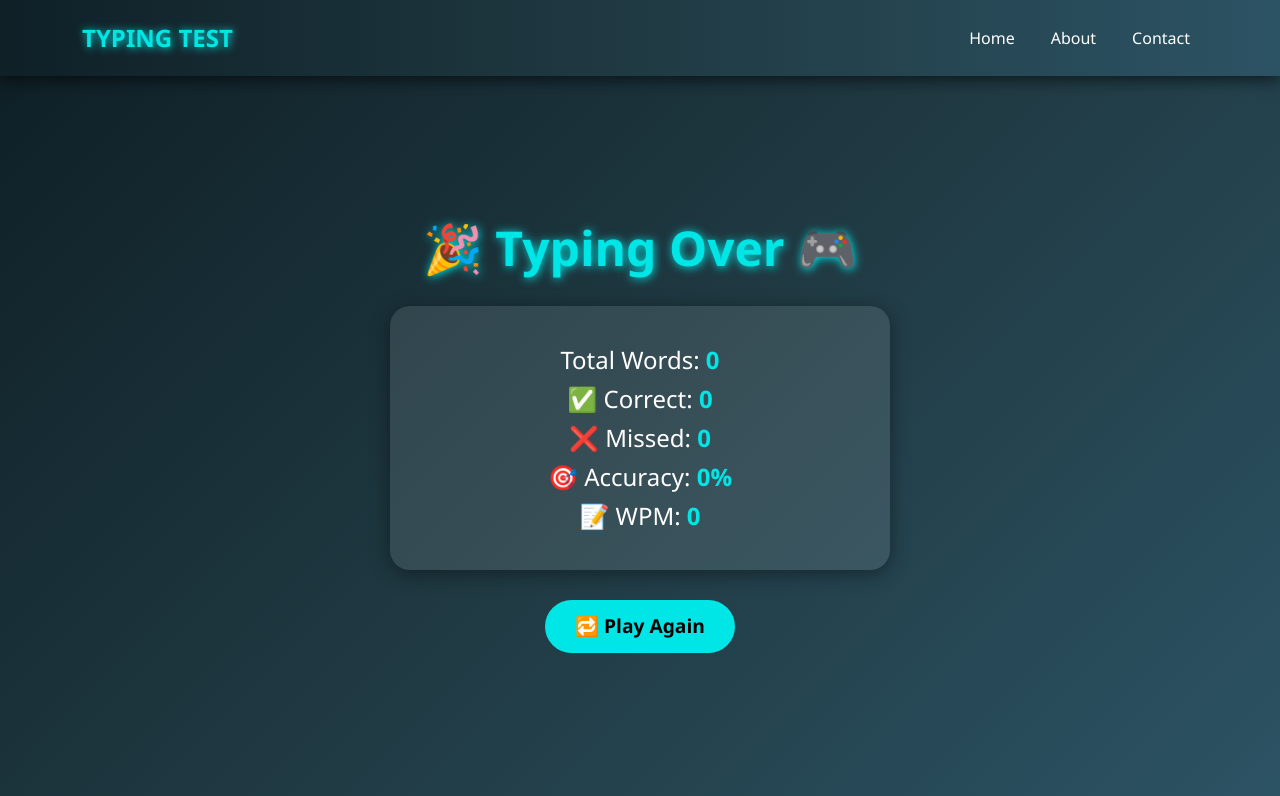
Repository: SHAHZADcodr/typing-test-react
Page: /gameOver
These files come from the project's save history. The page is drawn as it stood at one moment and after the next save; the edit follows.
The browser window is 1280 px wide. The pictures show the whole page.
The project was rebuilt for these pictures with package versions that can differ from the ones it lists, and the page was loaded fresh each time. Also part of the build but not shown: src/customCss/Home.css, src/pages/Home.jsx, src/customCss/About.css, src/pages/About.jsx, src/customCss/Contact.css, src/pages/Contact.jsx, src/customCss/Game.css, src/pages/Game.jsx. Imported but missing from the stored project, and not drawn on this page: src/assets/background.mp3, src/assets/pop.mp3.

Above is the page before, as saved 2025-04-09 02:00:06.

### src/index.js
import React from 'react';
import "bootstrap/dist/css/bootstrap.min.css";
import ReactDOM from 'react-dom/client';
import './index.css';
import App from './App';
import { BrowserRouter } from 'react-router-dom';
import reportWebVitals from './reportWebVitals';

const root = ReactDOM.createRoot(document.getElementById('root'));
root.render(
  <React.StrictMode>
    <BrowserRouter>
      <App />
    </BrowserRouter>
  </React.StrictMode>
);

// If you want to start measuring performance in your app, pass a function
// to log results (for example: reportWebVitals(console.log))
// or send to an analytics endpoint. Learn more: https://bit.ly/CRA-vitals
reportWebVitals();

### src/index.css
body {
  margin: 0;
  background: linear-gradient(135deg, #0f2027,
  #203a43, #2c5364);
}

### src/App.js
import {Routes,Route} from "react-router-dom";
import './App.css';
//pages
import Home  from "./pages/Home";
import About from "./pages/About";
import Contact from "./pages/Contact";
import Game from "./pages/Game";
import GameOver from "./pages/GameOver";

//components
import Navigation from "./components/Navbar";

function App() {
  return (
    <>
    <Navigation/>
    <Routes>
      <Route path="/" element={<Home/>}/>
      <Route path="*" element={<Home/>}/>
      <Route path="/about" element={<About/>}/>
      <Route path="/contact" element={<Contact/>}/>
      <Route path="/game" element={<Game/>}/>
      <Route path="/gameOver" element={<GameOver/>}/>

    </Routes>
    </>

  );
}

export default App;

### src/App.css
.custom-navbar {
  background: linear-gradient(to right, #0f2027, #203a43, #2c5364) !important;
  padding: 15px 20px;
  box-shadow: 0 4px 15px rgba(0, 0, 0, 0.6);
  font-family: 'Segoe UI', Tahoma, Geneva, Verdana, sans-serif;
}

.custom-navbar .navbar-brand {
  color: #00e6e6 !important;
  font-weight: bold;
  font-size: 1.5rem;
  text-shadow: 1px 1px 8px #00e6e6;
}

.custom-navbar .nav-link {
  color: #ffffff !important;
  margin-left: 20px;
  transition: color 0.3s ease, transform 0.2s ease;
  font-weight: 500;
}

.custom-navbar .nav-link:hover {
  color: #00e6e6 !important;
  transform: scale(1.05);
  text-shadow: 0 0 5px #00e6e6;
}

.custom-navbar .navbar-toggler {
  background-color: #00e6e6;
}

### src/pages/GameOver.jsx
import React, { useEffect, useState } from 'react';
import { useNavigate } from 'react-router-dom';
import '../customCss/GameOver.css';

const GameOver = () => {
  const navigate = useNavigate();

  const [result, setResult] = useState({
    score: 0,
    missed: 0,
    accuracy: 0,
    wpm: 0,
    total: 0
  });

  useEffect(() => {
    const saved = localStorage.getItem('gameResult');
    if (saved) {
      const parsed = JSON.parse(saved);
      console.log('Loaded result from localStorage:', parsed);
      setResult(parsed);
    } else {
      console.warn('No gameResult found in localStorage');
    }
  }, []);

  // ✅ Correct destructuring from result state
  const { score, missed, accuracy, wpm, total } = result;

  return (
    <div className="gameover-container">
      <h1 className="gameover-title">🎉 Typing Over 🎮</h1>

      <div className="stats-box">
        <h4>Total Words: <span>{total}</span></h4>
        <h4>✅ Correct: <span>{score}</span></h4>
        <h4>❌ Missed: <span>{missed}</span></h4>
        <h4>🎯 Accuracy: <span>{accuracy}%</span></h4>
        <h4>📝 WPM: <span>{wpm}</span></h4>
      </div>

      <button className="restart-button" onClick={() => navigate('/')}>
        🔁 Play Again
      </button>
    </div>
  );
};

export default GameOver;

### src/components/Navbar.jsx
import React from 'react';
import { Navbar, Nav, Container } from 'react-bootstrap';
import { Link } from 'react-router-dom';
import '../App.css'; // Make sure this path is correct

const Navigation = () => {
  return (
    <Navbar expand="lg" className="custom-navbar" variant="dark">
      <Container>
        <Navbar.Brand as={Link} to="/">TYPING TEST</Navbar.Brand>
        <Navbar.Toggle aria-controls="basic-navbar-nav" />
        <Navbar.Collapse id="basic-navbar-nav">
          <Nav className="ms-auto">
            <Nav.Link as={Link} to="/">Home</Nav.Link>
            <Nav.Link as={Link} to="/about">About</Nav.Link>
            <Nav.Link as={Link} to="/contact">Contact</Nav.Link>
          </Nav>
        </Navbar.Collapse>
      </Container>
    </Navbar>
  );
};

export default Navigation;

### src/customCss/GameOver.css
.gameover-container {
    display: flex;
    flex-direction: column;
    align-items: center;
    justify-content: center;
    height: 100vh;
    background: linear-gradient(135deg, #0f2027, #203a43, #2c5364);
    color: #fff;
    font-family: 'Segoe UI', Tahoma, Geneva, Verdana, sans-serif;
    text-align: center;
    padding: 20px;
  }

  .gameover-title {
    font-size: 3rem;
    font-weight: bold;
    margin-bottom: 30px;
    color: #00e6e6;
    text-shadow: 1px 1px 10px #00e6e6;
  }

  .stats-box {
    background-color: rgba(255, 255, 255, 0.1);
    border-radius: 20px;
    padding: 30px;
    box-shadow: 0 4px 20px rgba(0, 0, 0, 0.4);
    width: 90%;
    max-width: 500px;
    margin-bottom: 30px;
  }

  .stats-box h4 {
    font-size: 1.5rem;
    margin: 10px 0;
  }

  .stats-box span {
    font-weight: bold;
    color: #00e6e6;
  }

  .restart-button {
    background-color: #00e6e6;
    border: none;
    color: #000;
    font-weight: bold;
    padding: 12px 30px;
    border-radius: 30px;
    font-size: 1.2rem;
    transition: background-color 0.3s ease, transform 0.2s ease;
  }

  .restart-button:hover {
    background-color: #01cccc;
    transform: scale(1.05);
  }

Loaded but not shown: public/index.html (common file); src/reportWebVitals.js (common file)

After the next save:
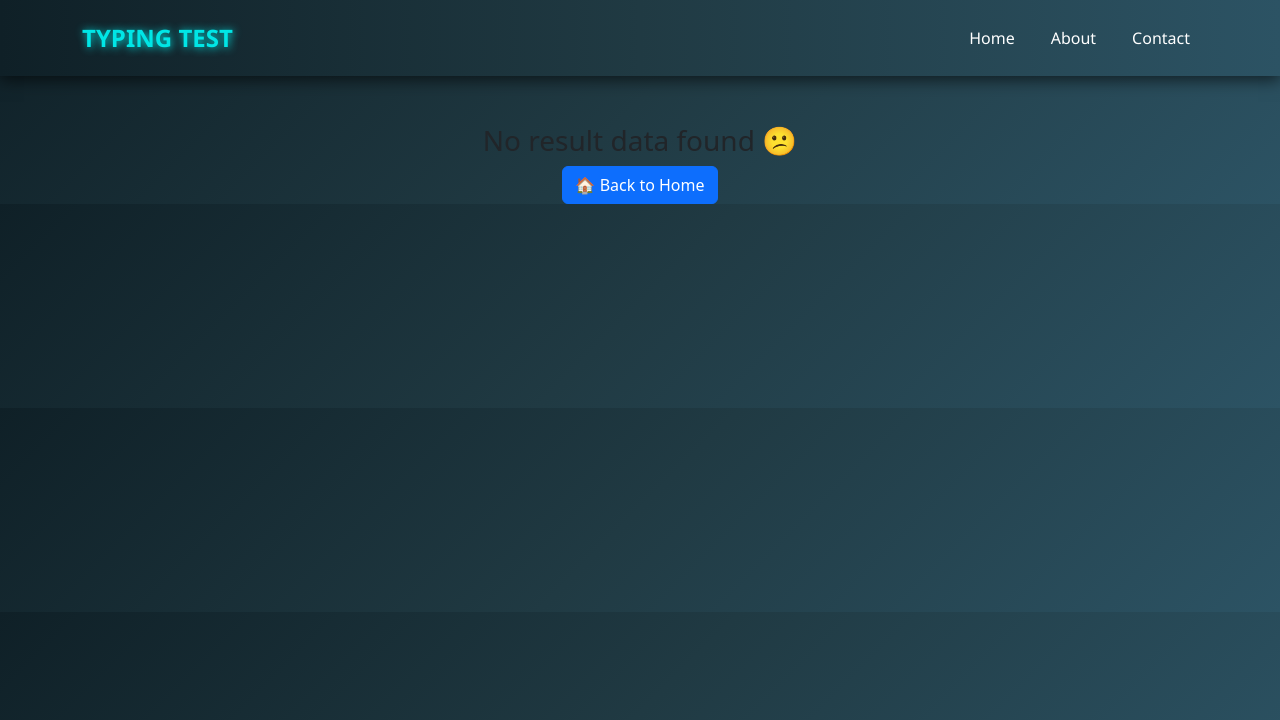
Saved 19 s later.
--- a/src/pages/GameOver.jsx
+++ b/src/pages/GameOver.jsx
@@ -1,48 +1,34 @@
-import React, { useEffect, useState } from 'react';
-import { useNavigate } from 'react-router-dom';
-import '../customCss/GameOver.css';
+// GameOver.jsx
+import React from 'react';
+import { useLocation, useNavigate } from 'react-router-dom';
+import { Button, Container } from 'react-bootstrap';
 
 const GameOver = () => {
+  const { state } = useLocation();
   const navigate = useNavigate();
+  const result = state?.result;
 
-  const [result, setResult] = useState({
-    score: 0,
-    missed: 0,
-    accuracy: 0,
-    wpm: 0,
-    total: 0
-  });
-
-  useEffect(() => {
-    const saved = localStorage.getItem('gameResult');
-    if (saved) {
-      const parsed = JSON.parse(saved);
-      console.log('Loaded result from localStorage:', parsed);
-      setResult(parsed);
-    } else {
-      console.warn('No gameResult found in localStorage');
-    }
-  }, []);
-
-  // ✅ Correct destructuring from result state
-  const { score, missed, accuracy, wpm, total } = result;
+  if (!result) {
+    return (
+      <Container className="text-center mt-5">
+        <h3>No result data found 😕</h3>
+        <Button onClick={() => navigate('/')}>🏠 Back to Home</Button>
+      </Container>
+    );
+  }
 
   return (
-    <div className="gameover-container">
-      <h1 className="gameover-title">🎉 Typing Over 🎮</h1>
-
-      <div className="stats-box">
-        <h4>Total Words: <span>{total}</span></h4>
-        <h4>✅ Correct: <span>{score}</span></h4>
-        <h4>❌ Missed: <span>{missed}</span></h4>
-        <h4>🎯 Accuracy: <span>{accuracy}%</span></h4>
-        <h4>📝 WPM: <span>{wpm}</span></h4>
-      </div>
-
-      <button className="restart-button" onClick={() => navigate('/')}>
-        🔁 Play Again
-      </button>
-    </div>
+    <Container className="text-center mt-5">
+      <h1>🎮 Game Over!</h1>
+      <h3>📊 Your Scorecard</h3>
+      <ul style={{ listStyle: 'none', padding: 0 }}>
+        <li>✅ Correct Words: {result.score}</li>
+        <li>❌ Missed Words: {result.missed}</li>
+        <li>📈 Accuracy: {result.accuracy}%</li>
+        <li>⌨️ Words Per Minute: {result.wpm}</li>
+      </ul>
+      <Button onClick={() => navigate('/')}>🔁 Play Again</Button>
+    </Container>
   );
 };
 
